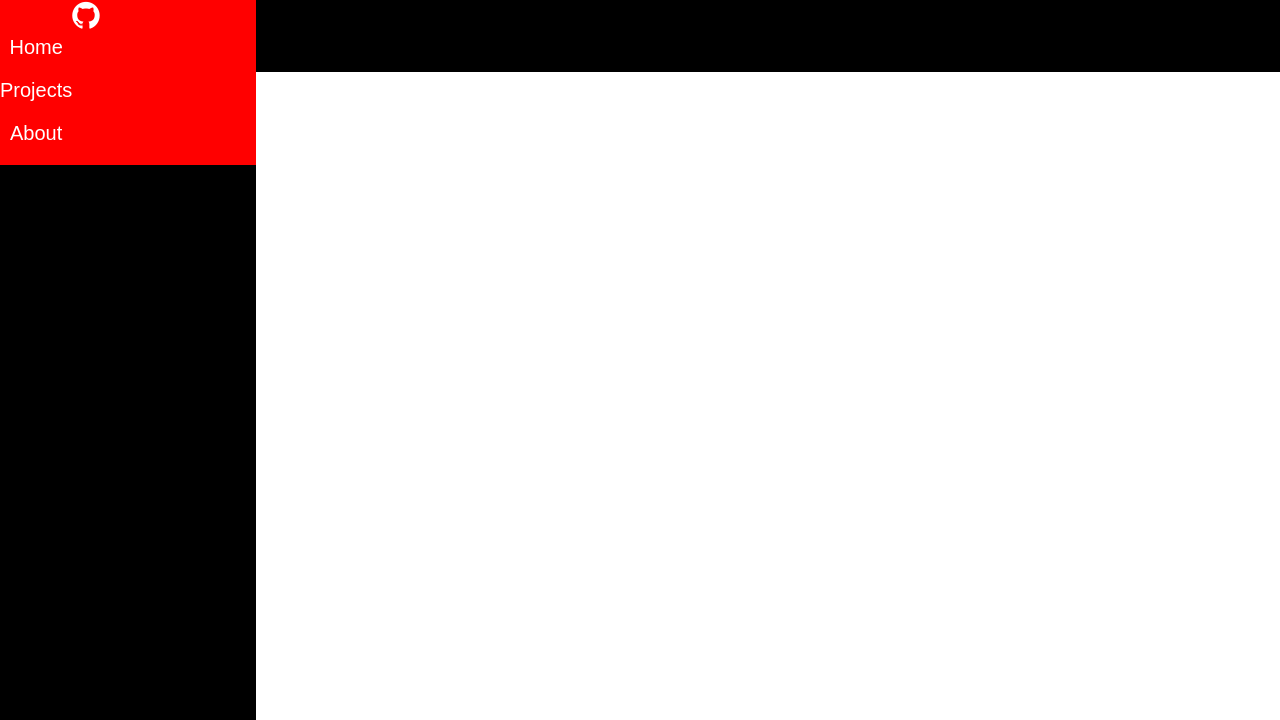
Repository: josephinel6/josephinel6.github.io
Page: index.html
An editor plug-in stored every save of this project. The page is shown before and after the next save, followed by the edit.
The browser window is 1280 px wide. The pictures show the whole page.

Above is the page before, as saved 2023-04-04 10:56:35.

### index.html
<!DOCTYPE html>
<html>

<head>
    <style>
        :root.light {
            --color-bg: white;
            --color-menu-text: black;
        }

        :root.dark {
            --color-bg: black;
            --color-menu-text: white;
        }

        /* :root {
            --color-bg: black;
        } */

        html,
        body {
            height: 100%;
            width: 100%;
            margin: 0;
            position: relative;
            /* border-color: blue;
            border-radius: 10px;
            border-style: solid; */
            padding: 0;
        }

        #menu {
            height: 100%;
            width: 20%;
            position: absolute;
            z-index: 1;
            top: 0;
            bottom: 0;
            background-color: var(--color-bg);
        }

        #topbar {
            width: 100%;
            height: 10%;
            background-color: var(--color-bg);
            position: absolute;
        }

        .menutext {
            color: var(--color-menu-text);
            font-family: sans-serif;
            font-size: 20px;
        }

        .fa-github {
            color: var(--color-menu-text);
        }
    </style>
    <link rel="stylesheet" href="https://cdnjs.cloudflare.com/ajax/libs/font-awesome/4.7.0/css/font-awesome.min.css">
    <script type="module" src="https://cdn.jsdelivr.net/gh/zerodevx/zero-md@2/dist/zero-md.min.js"></script>
</head>

<body>
    <div id="menu">
        <div style="position:relative; display: flex; background-color: red;">
            <div>
                <CENTER>
                    <p class="menutext" style="margin-top: 50%"> Home </p>
                    <p class="menutext"> Projects </p>
                    <p class="menutext"> About </p>
                </CENTER>
            </div>
            <CENTER>
                <div style="vertical-align: baseline;">
                    <i href="https://github.com/josephinel6" class="fa fa-github fa-2x"></i>
                </div>
            </CENTER>
        </div>
    </div>
    <div id="topbar">

    </div>
    <script>
        window.onload = function () {
            document.documentElement.classList.remove("light")
            document.documentElement.classList.add("dark")
            window.localStorage.setItem('mode', 'dark');
            console.log("dark")
        }

        function openpage(pageName, elmnt) {
            var i, tabcontent, tablinks;
            tabcontent = document.getElementsByClassName("tabcontent");
            for (i = 0; i < tabcontent.length; i++) {
                tabcontent[i].style.display = "none";
            }
            tablinks = document.getElementsByClassName("tablink");
            for (i = 0; i < tablinks.length; i++) {
                tablinks[i].style.backgroundColor = "";
            }
            document.getElementById(pageName).style.display = "block";

            document.body.scrollTop = 0;
            document.documentElement.scrollTop = 0;
            console.log("ducks")
        }
    </script>

</body>

</html>

After the next save:
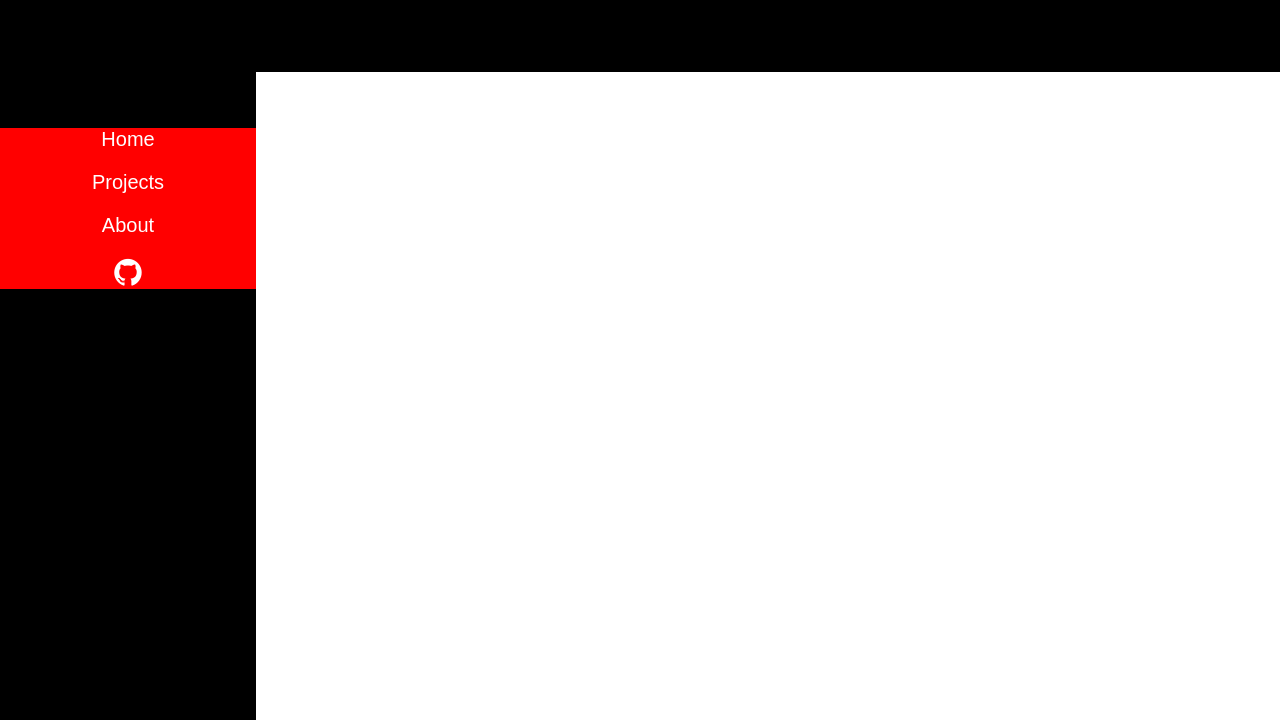
Saved 6 s later.
--- a/index.html
+++ b/index.html
@@ -62,7 +62,7 @@
 
 <body>
     <div id="menu">
-        <div style="position:relative; display: flex; background-color: red;">
+        <div style="position:relative; background-color: red;">
             <div>
                 <CENTER>
                     <p class="menutext" style="margin-top: 50%"> Home </p>
